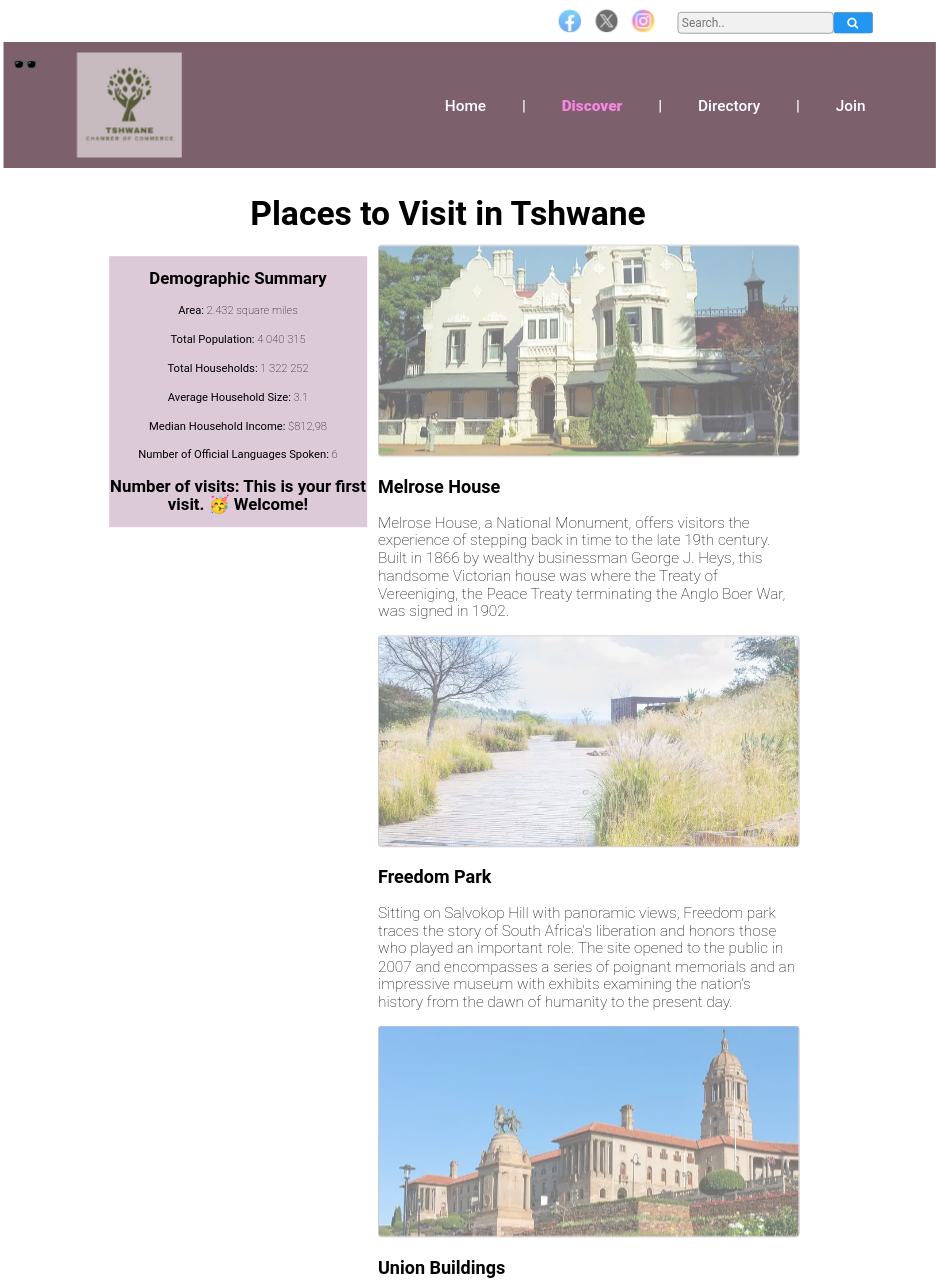
Repository: mszakutumela/wdd230
Page: chamber/discover.html
These files come from the project's save history. The page is drawn as it stood at one moment and after the next save; the edit follows.
The browser window is 1280 px wide. The page is 1337 px wide, so the pictures cover 1337 px, including what lies to the right of the window. The pictures show the part of the page from y = 0 to 1840 px (the page is 4226 px tall), at 70% of full size.
Some web fonts or font styles are not loaded; a fallback is used.

Above is the page before, as saved 2024-02-23 01:47:56.

After the next save:
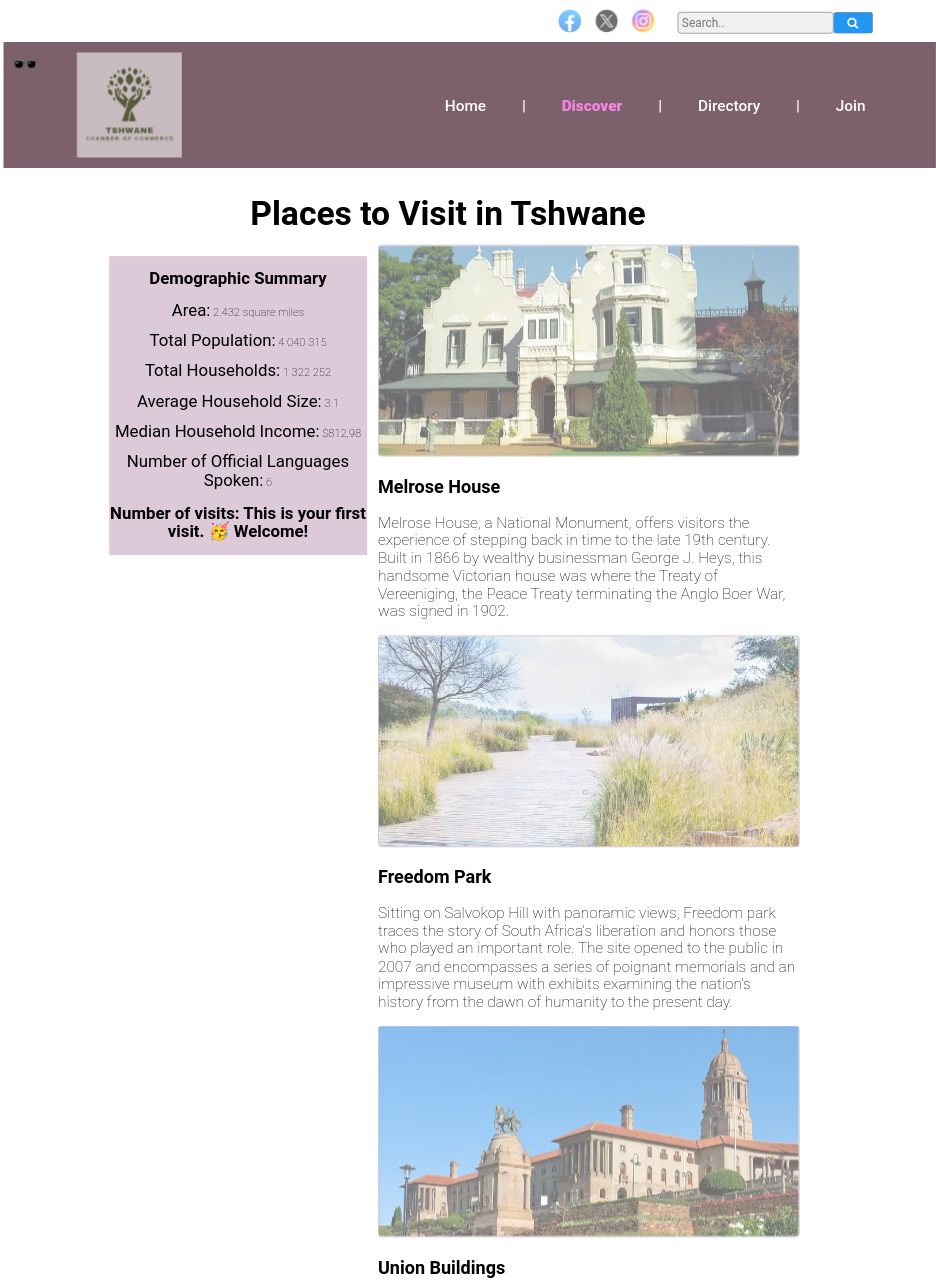
Saved 11 s later.
--- a/chamber/styles/base.css
+++ b/chamber/styles/base.css
@@ -267,7 +267,7 @@
     font-size: 1rem;
 }
 
-section.demographics h2 {
+section.demographics strong {
     font-size: 1.5rem;
 }
 

After the 2 saves that followed:
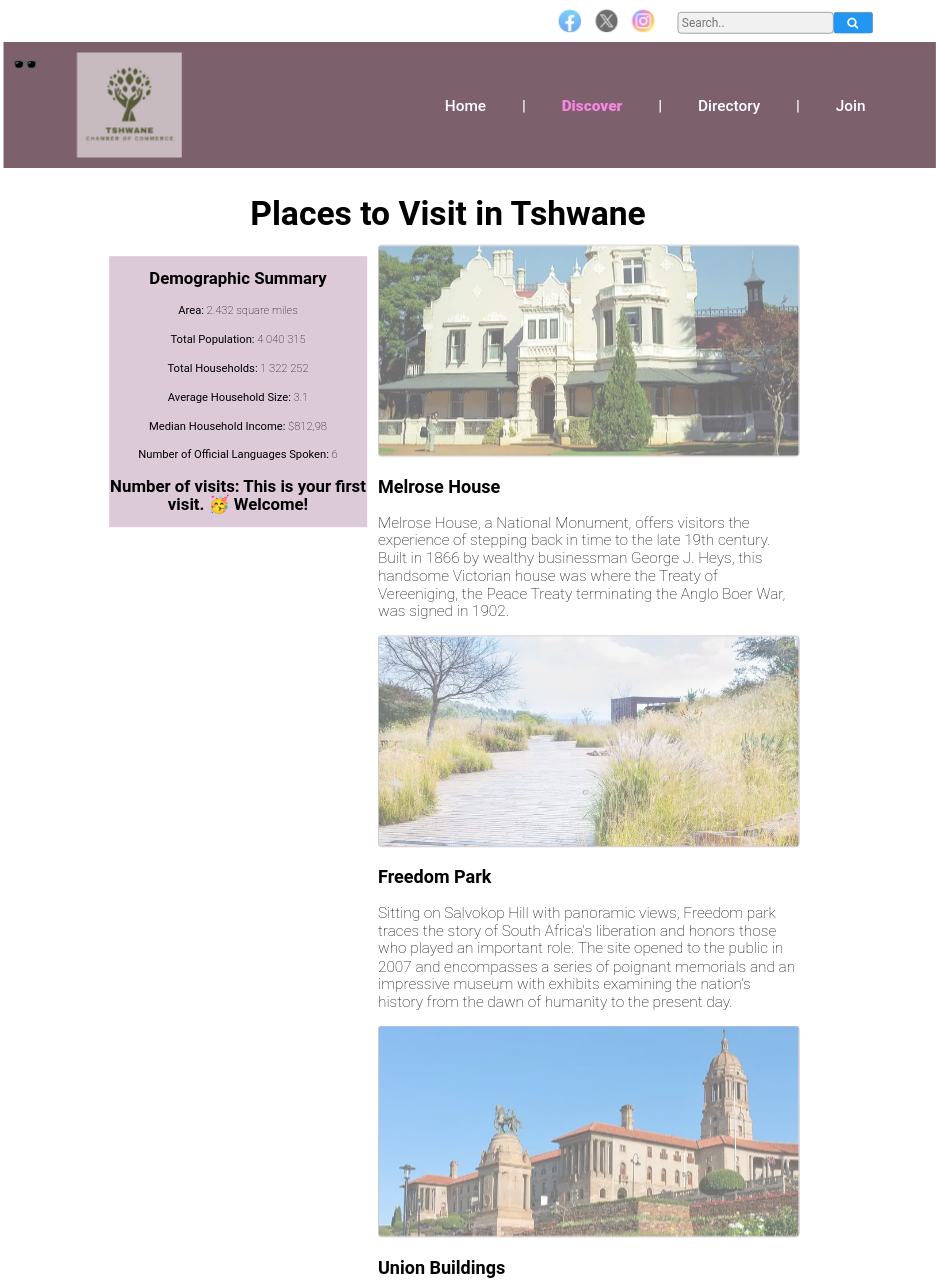
The 2 saves are shown as one change because they came seconds apart.
The last was saved 9 s later.
--- a/chamber/styles/base.css
+++ b/chamber/styles/base.css
@@ -268,7 +268,7 @@
 }
 
 section.demographics strong {
-    font-size: 1.5rem;
+    font-size: 1rem;
 }
 
 section.discoverIMG img {
